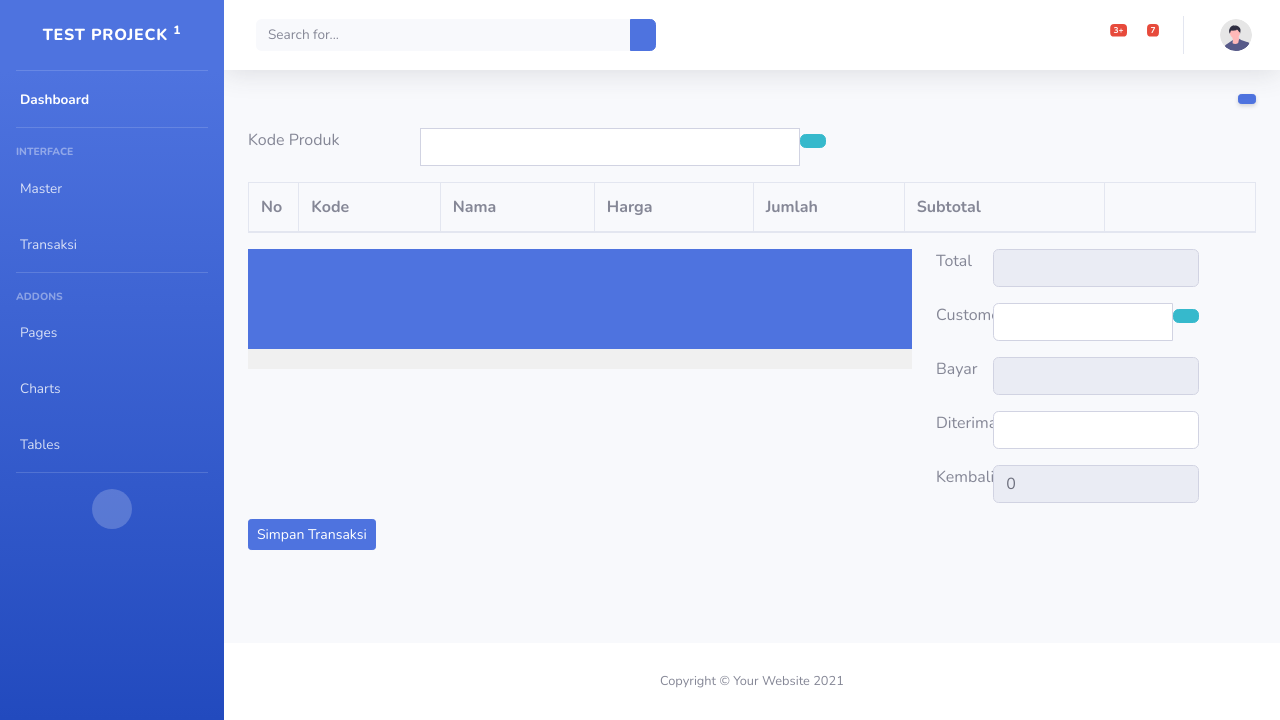
Repository: sellayspy/laravel123
Page: http://localhost/transaksis
The author's editor kept a copy of each file at every save. The page is drawn from the files as they stood at one save, then again after a run of saves.
The browser window is 1280 px wide. The pictures show the whole page.
The page is served by the project's Laravel application, run on PHP 8.4 with Laravel 10. Queries for data that is not in the repository find no rows.

Above is the page before, as saved 2023-10-30 17:37:59.
Console error: ReferenceError: jQuery is not defined

After the next 2 saves:
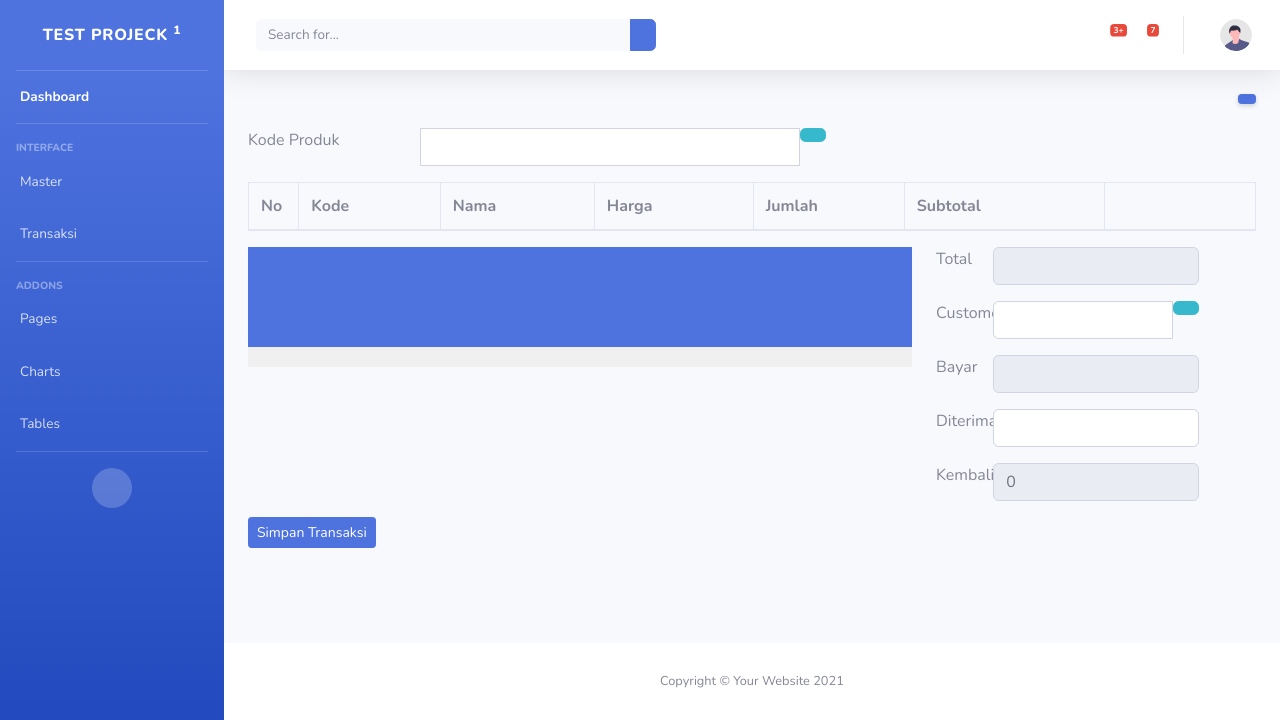
The 2 saves are shown as one change because 1 did not build or start.
The last was saved 2 min 13 s later.
--- a/resources/views/transaksi/index.blade.php
+++ b/resources/views/transaksi/index.blade.php
@@ -121,3 +121,18 @@
 
 
 @endsection
+<script>
+
+function tambahProduk() {
+        $.post('', $('.form-produk').serialize())
+            .done(response => {
+                $('#kode_produk').focus();
+                table.ajax.reload(() => loadForm($('#diskon').val()));
+            })
+            .fail(errors => {
+                alert('Tidak dapat menyimpan data');
+                return;
+            });
+    }
+
+</script>
